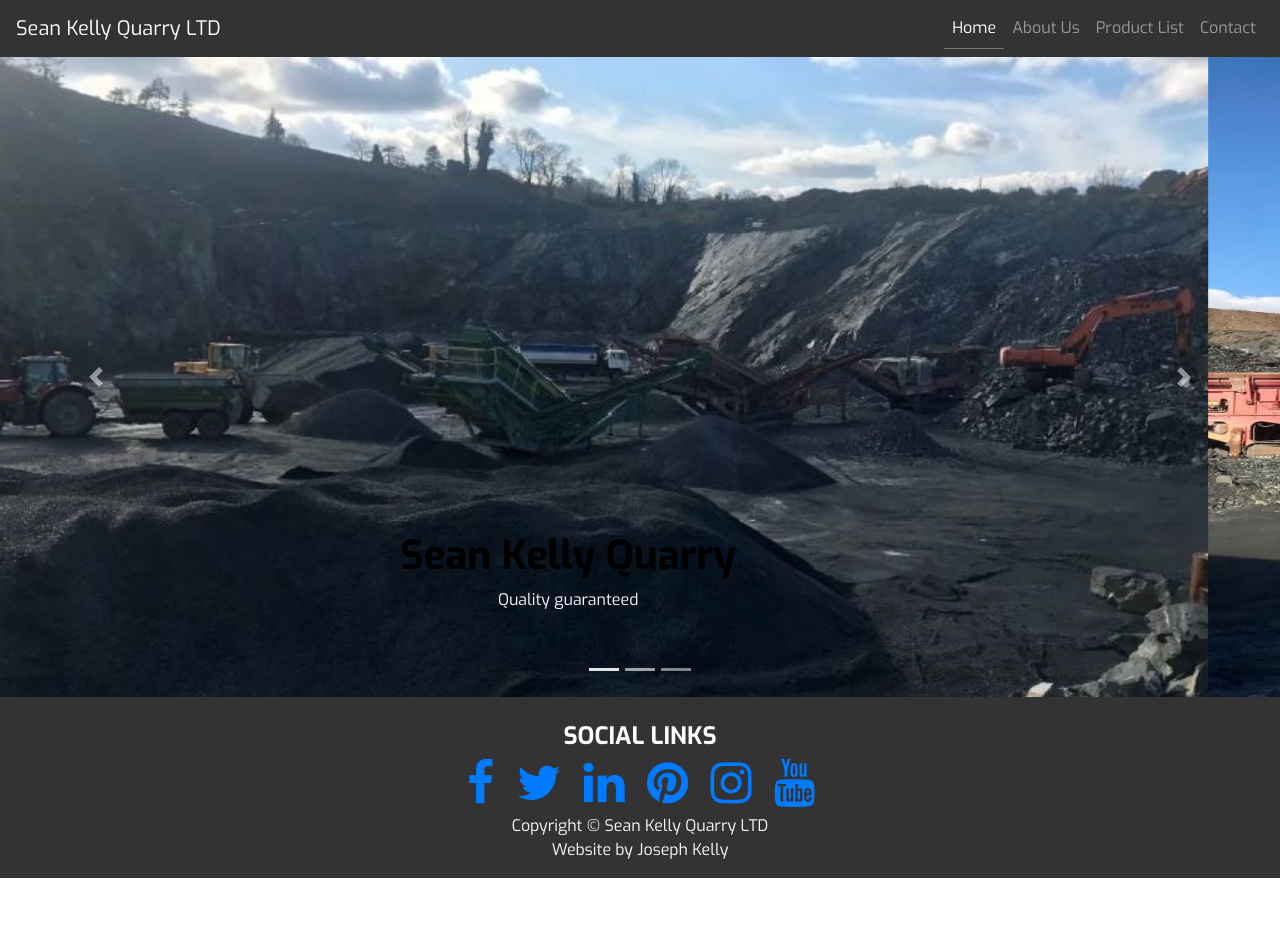
Repository: Code-Institute-Submissions/Sean-Kelly-Quarry
Page: index.html
The author's editor kept a record of every edit. The page is drawn from the files as they stood at one moment, then again after the next edit.
The browser window is 1280 px wide. The pictures show the whole page.

Above is the page before.

### index.html
<!DOCTYPE html>
<html lang="en">
<head>
    <meta charset="UTF-8">
    <meta name="viewport" content="width=device-width, initial-scale=1.0">
    <meta http-equiv="X-UA-Compatible" content="ie=edge">
    <link rel="stylesheet" href="https://stackpath.bootstrapcdn.com/bootstrap/4.4.1/css/bootstrap.min.css" type="text/css" />
    <link rel="stylesheet" href="https://stackpath.bootstrapcdn.com/font-awesome/4.7.0/css/font-awesome.min.css" type="text/css" />
    <link rel="stylesheet" href="assets/css/style.css" type="text/css" />
    <title>Sean Kelly Quarry</title>
</head>
<body>
    <header>            <!-- Navbar taken from bootstap -->
        <nav class="navbar navbar-expand-md navbar-dark navbar-custom">
            <a class="navbar-brand" href="#">Sean Kelly Quarry LTD</a>
                <button class="navbar-toggler" type="button" data-toggle="collapse" data-target="#navbarNav" aria-controls="navbarNav" aria-expanded="false" aria-label="Toggle navigation">
                <span class="navbar-toggler-icon"></span>
                </button>
            <div class="collapse navbar-collapse text-right" id="navbarNav">
                <ul class="navbar-nav ml-auto">
                    <li class="nav-item active">
                    <a class="nav-link" href="index.html">Home</a>
                    </li>
                    <li class="nav-item">
                    <a class="nav-link" href="about.html">About Us</a>
                    </li>
                    <li class="nav-item">
                    <a class="nav-link" href="product-list.html">Product List</a>
                    </li>
                    <li class="nav-item">
                    <a class="nav-link" href="contact.html">Contact</a>
                    </li>
                </ul>
            </div>
        </nav>
    </header>
        <div id="myCarousel" class="carousel slide" data-ride="carousel">
            <ol class="carousel-indicators">
              <li data-target="#myCarousel" data-slide-to="0" class="active"></li>
              <li data-target="#myCarousel" data-slide-to="1"></li>
              <li data-target="#myCarousel" data-slide-to="2"></li>
            </ol>
            <div class="carousel-inner">
              <div class="carousel-item active">
                <img src="assets/images/quarry.jpg"/>
                <div class="container">
                  <div class="carousel-caption">
                    <h1>Sean Kelly Quarry</h1>
                    <p>Quality guaranteed</p>
                  </div>
                </div>
              </div>
              <div class="carousel-item">
                <img src="assets/images/quarry1.jpg"/>
                <div class="container">
                  <div class="carousel-caption">
                    <h1>Sean Kelly Quarry</h1>
                    <h3>Quality guaranteed</h3>
                  </div>
                </div>
              </div>
              <div class="carousel-item">
                <img src="assets/images/quarry2.jpg"/>
                <div class="container">
                  <div class="carousel-caption">
                    <h1>Sean Kelly Quarry</h1>
                    <h3>Quality guaranteed</h3>
                  </div>
                </div>
              </div>
            </div>
            <a class="carousel-control-prev" href="#myCarousel" role="button" data-slide="prev">
              <span class="carousel-control-prev-icon" aria-hidden="true"></span>
              <span class="sr-only">Previous</span>
            </a>
            <a class="carousel-control-next" href="#myCarousel" role="button" data-slide="next">
              <span class="carousel-control-next-icon" aria-hidden="true"></span>
              <span class="sr-only">Next</span>
            </a>
          </div>

    <footer class="container-fluid">               <!-- Footer inspired by UCD resume mini project with code insitute -->
        <div id="footer-details" class="row">
            <div class="col-sm">
                <h4 class="uppercase footer-info">Social Links</h4>
                <ul class="list-inline social-links">
                    <li class="list-inline-item">
                        <a target="_blank" href="#">
                            <i class="fa fa-facebook fa-3x" aria-hidden="true"></i>
                            <span class="sr-only">Facebook</span>
                        </a>
                    </li>
                    <li class="list-inline-item">
                        <a target="_blank" href="#">
                            <i class="fa fa-twitter fa-3x" aria-hidden="true"></i>
                            <span class="sr-only">Twitter</span>
                        </a>
                    </li>
                    <li class="list-inline-item">
                        <a target="_blank" href="#">
                            <i class="fa fa-linkedin fa-3x" aria-hidden="true"></i>
                            <span class="sr-only">LinkedIn</span>
                        </a>
                    </li>
                    <li class="list-inline-item">
                        <a target="_blank" href="#">
                            <i class="fa fa-pinterest fa-3x" aria-hidden="true"></i>
                            <span class="sr-only">pinterest</span>
                        </a>
                    </li>
                    <li class="list-inline-item">
                        <a target="_blank" href="#">
                            <i class="fa fa-instagram fa-3x" aria-hidden="true"></i>
                            <span class="sr-only">Instagram</span>
                        </a>
                    </li>
                    <li class="list-inline-item">
                        <a target="_blank" href="#">
                            <i class="fa fa-youtube fa-3x" aria-hidden="true"></i>
                            <span class="sr-only">Youtube</span>
                        </a>
                    </li>
                    <p class="copyright">Copyright &#169; Sean Kelly Quarry LTD</p>
                    <p>Website by Joseph Kelly</p>
                </ul>
            </div>
        </div>
    </footer>
<script src="https://code.jquery.com/jquery-3.3.1.slim.min.js" integrity="sha384-q8i/X+965DzO0rT7abK41JStQIAqVgRVzpbzo5smXKp4YfRvH+8abtTE1Pi6jizo" crossorigin="anonymous"></script>
<script src="https://cdnjs.cloudflare.com/ajax/libs/popper.js/1.14.7/umd/popper.min.js" integrity="sha384-UO2eT0CpHqdSJQ6hJty5KVphtPhzWj9WO1clHTMGa3JDZwrnQq4sF86dIHNDz0W1" crossorigin="anonymous"></script>
<script src="https://stackpath.bootstrapcdn.com/bootstrap/4.3.1/js/bootstrap.min.js" integrity="sha384-JjSmVgyd0p3pXB1rRibZUAYoIIy6OrQ6VrjIEaFf/nJGzIxFDsf4x0xIM+B07jRM" crossorigin="anonymous"></script>
</body>
</html>

### assets/css/style.css
@import url('https://fonts.googleapis.com/css?family=Exo:100,200,300,400,500,600,700|Roboto:100,200,300,400,500,600,700&display=swap');

*{
    margin: 0;
    padding: 0;
    border: 0;
}

/* ---------------------------------------------header*/

body {
    font-family: "Exo";
    color: #777777;
}

.navbar-custom {
    background-color: #333333;
}


#menu a:hover {
    border-bottom: 1px solid #777777;
}

.active {
    border-bottom: 1px solid #777777;
}

/* ---------------------------------------------hero image*/

/* GLOBAL STYLES
-------------------------------------------------- */
/* Padding below the footer and lighter body text */

body {
  padding-bottom: 3rem;
  color: #5a5a5a;
}


/* CUSTOMIZE THE CAROUSEL
-------------------------------------------------- */

/* Carousel base class */

/* Since positioning the image, we need to help out the caption */
.carousel-caption {
  bottom: 3rem;
  z-index: 10;
}

/* Declare heights because of positioning of img element */
.carousel-item {
  height: 40rem;
}
.carousel-item > img {
  position: absolute;
  top: 0;
  left: 0;
  min-width: 100%;
  height: 40rem;
}


/* MARKETING CONTENT
-------------------------------------------------- */

/* Center align the text within the three columns below the carousel */
.marketing .col-lg-4 {
  margin-bottom: 1.5rem;
  text-align: center;
}
.marketing h2 {
  font-weight: 400;
}
.marketing .col-lg-4 p {
  margin-right: .75rem;
  margin-left: .75rem;
}


/* Featurettes
------------------------- */

.featurette-divider {
  margin: 5rem 0; /* Space out the Bootstrap <hr> more */
}

/* Thin out the marketing headings */
.featurette-heading {
  font-weight: 300;
  line-height: 1;
  letter-spacing: -.05rem;
}


/* RESPONSIVE CSS
-------------------------------------------------- */

@media (min-width: 40em) {
  /* Bump up size of carousel content */
  .carousel-caption h3 {
    margin-bottom: 20rem;
    font-size: 2rem;
    line-height: 1.4;
  }

  .featurette-heading {
    font-size: 50px;
  }
}

@media (min-width: 62em) {
  .featurette-heading {
    margin-top: 7rem;
  }
}

/* ---------------------------------------------about/meet*/

h1, h3, h2, h4, h5 {
    font-family: "Exo", sans-serif;
    font-weight: bold;
    text-align: center;
    color: #000000;
}

.about-heading {
    border-bottom: 1px solid;
    margin-left: 150px;
    margin-right: 150px;
    margin-top: 20px;
    padding-bottom: 10px;
}

.about {
    color: #000000;
    padding-top: 10px;
    text-align: center;
    overflow: hidden;
}

.about-info {
    margin-left: 15px;
    margin-right: 15px;
    padding-bottom: 10px;
}

.our-team {
    margin-top: 10px;
    padding-bottom: 20px;
}

.team {
   margin-top: 5px;
   margin-bottom: 5px;
   color: #000000;
   font-family: "Exo", sans-serif;
}



.meet-icon {
    margin-top: 5px;
    margin-bottom: 5px;
}

.history {
    color: #000000;
    margin-left: 60px;
    margin-right: 60px;
}

.who-we-are {
    color: #000000;
    margin-left: 60px;
    margin-right: 60px;
}

.what-we-do {
    color: #000000;
    margin-left: 150px;
    margin-right: 150px;
}

.heading {
    padding-top: 10px;
}


/* ---------------------------------------------footer*/

footer {
    color: #fafafa;
    padding-top: 25px;
    background-color: #333333;
    display: inline-block;
}

.footer-info {
    font-weight: bold;
    text-align: center;
    color: #fafafa
}

.list-inline-item {
    margin-left: 10px;
    margin-right: 10px;
}

.uppercase {
    text-transform: uppercase;
}

.social-links {
    text-align: center;
    color: #fafafa;
}

p {
    text-align: center;
    color: #fafafa;
}

.copyright {
    padding-top: 7px;
    margin-bottom: 0;
}

/* ---------------------------------------------product list/order form*/

.table {
    width: 70%;
    margin-left: auto;
    margin-right: auto;
    margin-top: 20px;
    margin-bottom: 20px;
    color: #000000;
    border-collapse: collapse;
}

table, th, td {
  border: 1px solid black;
  text-align: center;
}

.product-heading {
    margin-top: 30px;
    color: #000000;
}

.product-note {
    font-size: large;
    color: #000000;
}

.product-disclaimer {
    color: #f88037;
    text-align: center;
    padding-bottom: 20px;
}

.order-form {
    font-family: "Exo", sans-serif;
    color: #000000;
    padding-top: 20px;
    display: block;
    text-align: center;
}

/* ---------------------------------------------contact*/

.contact-info {
    font-family: "Exo", sans-serif;
    color: #000000;
    text-align: center;
    margin-top: 30px;
    margin-right: 40px;
}

.contact-details {
    color: #000000;
    margin-right: 40px;
}


button[type="submit"] {
    margin-top: 15px;
    margin-bottom: 20px;
    color: #fafafa;
    background-color: #e84610;
}


.form {
    display: inline-block;
    margin-left: 15%;
    margin-right: 15%;
    width: 70%;
}

.input-query {
    margin-top: 20px;
    margin-bottom: 20px;
}

.input {
    margin-top: 10px;
    margin-bottom: 10px;
}

.contact-section {
    margin-top: 25px;
    padding-bottom: 20px;
}


.form-section {
    padding-top: 20px;
}

/* ---------------------------------------------media queries*/

@media(min-width: 992px) {
    .center-form {
        padding-top: 30px;
        min-height: 240px;
        margin: 0 auto;
        max-width: 50%;
    }
}

After the next edit:
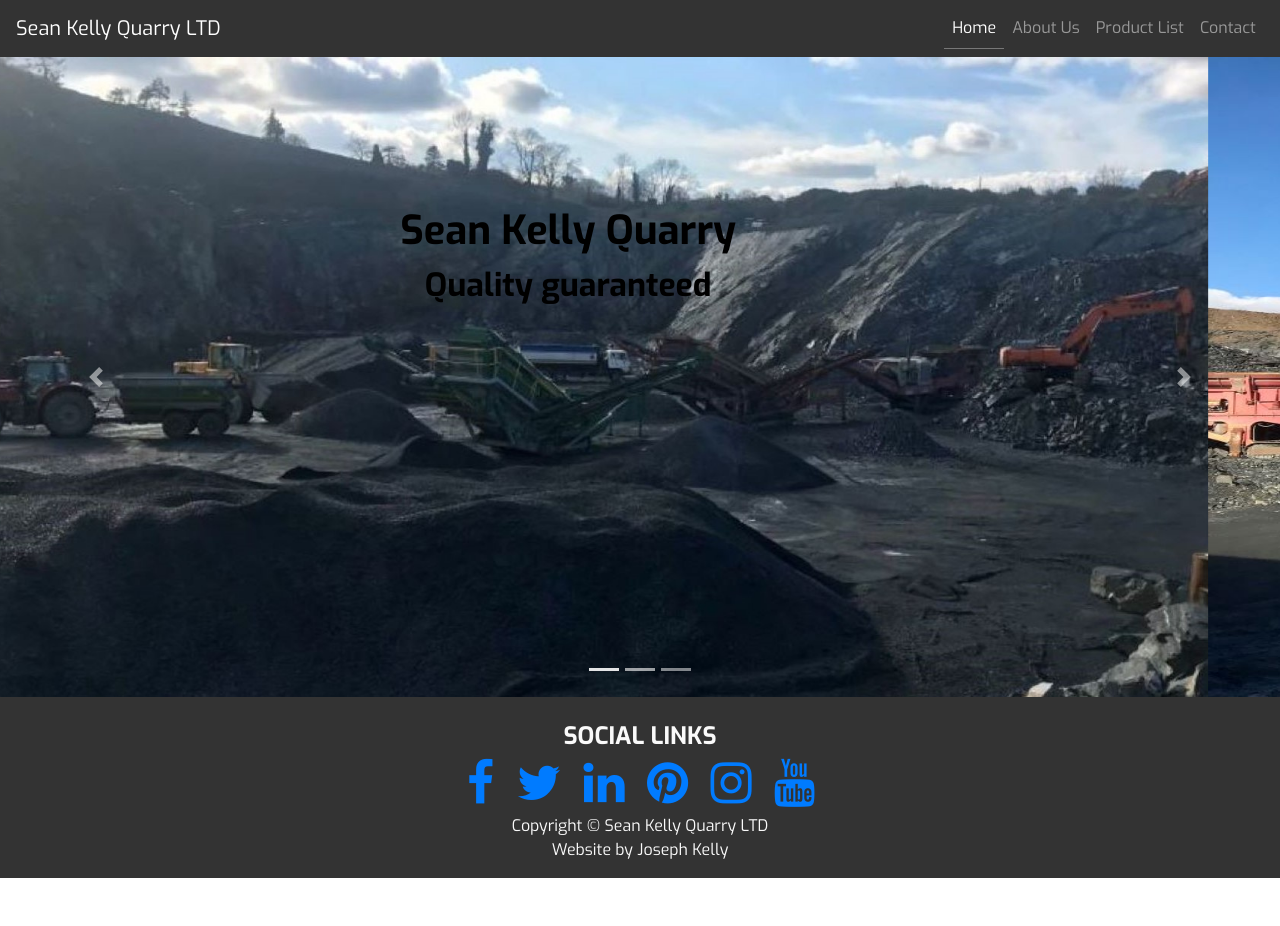
The edit:
--- a/index.html
+++ b/index.html
@@ -46,7 +46,7 @@
                 <div class="container">
                   <div class="carousel-caption">
                     <h1>Sean Kelly Quarry</h1>
-                    <p>Quality guaranteed</p>
+                    <h3>Quality guaranteed</h3>
                   </div>
                 </div>
               </div>
